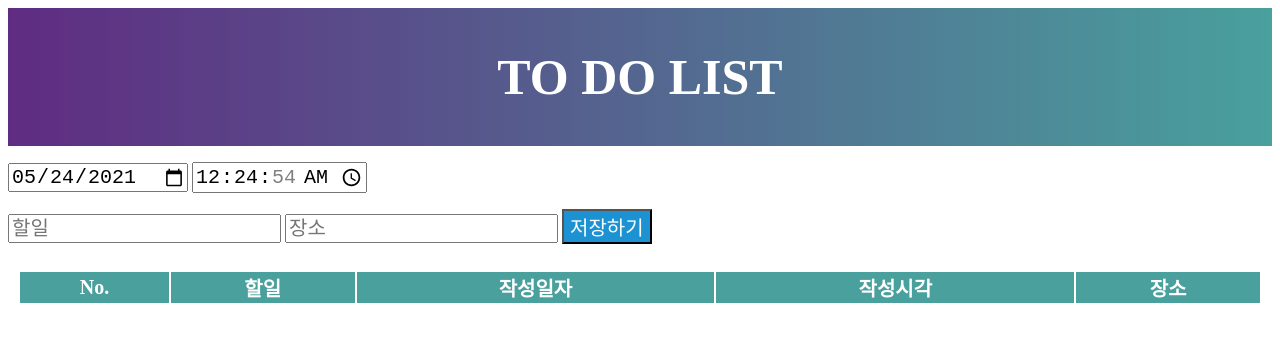
Repository: kimyoungjin98/Exam_Project
Page: http://localhost/Server_PR_TodoList/
An editor plug-in stored every save of this project. The page is shown before and after the next save, followed by the edit.
The browser window is 1280 px wide. The pictures show the whole page.
The pointer rests on the first visible `table tr`.
Some web fonts or font styles are not loaded; a fallback is used. The page is served by Tomcat 9. Queries for data that is not in the repository find no rows.

Above is the page before, as saved 2021-05-25 00:41:48.

After the next save:
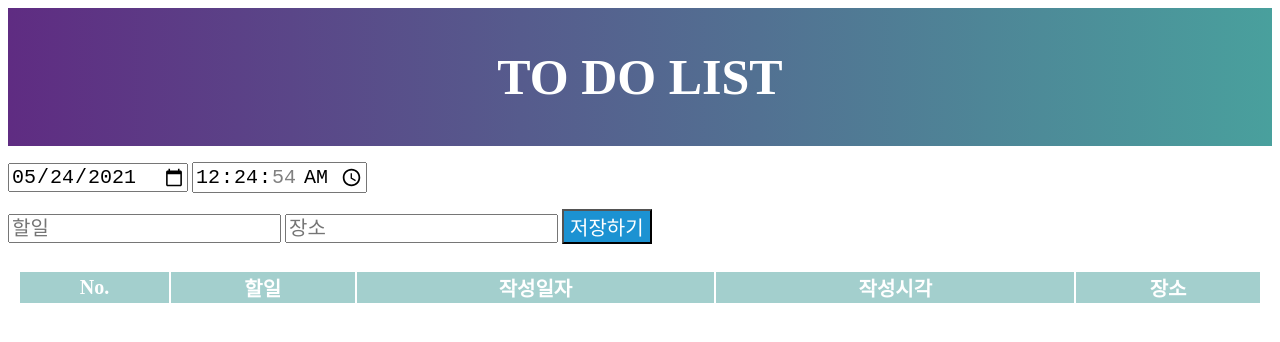
Saved 6 s later.
--- a/Server_PR_TodoList/src/main/webapp/WEB-INF/views/home.jsp
+++ b/Server_PR_TodoList/src/main/webapp/WEB-INF/views/home.jsp
@@ -60,6 +60,7 @@
 
 table tr:hover{
 	background-color: #49a09d;
+	opacity: 0.5;
 }
 
 table div{

After the save that followed:
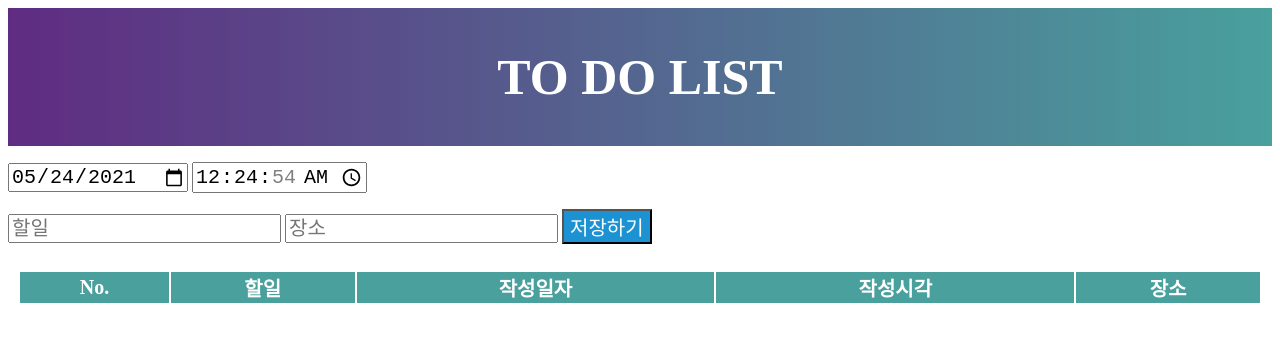
Saved 19 s later.
--- a/Server_PR_TodoList/src/main/webapp/WEB-INF/views/home.jsp
+++ b/Server_PR_TodoList/src/main/webapp/WEB-INF/views/home.jsp
@@ -58,7 +58,7 @@
 
 }
 
-table tr:hover{
+table td:hover{
 	background-color: #49a09d;
 	opacity: 0.5;
 }
